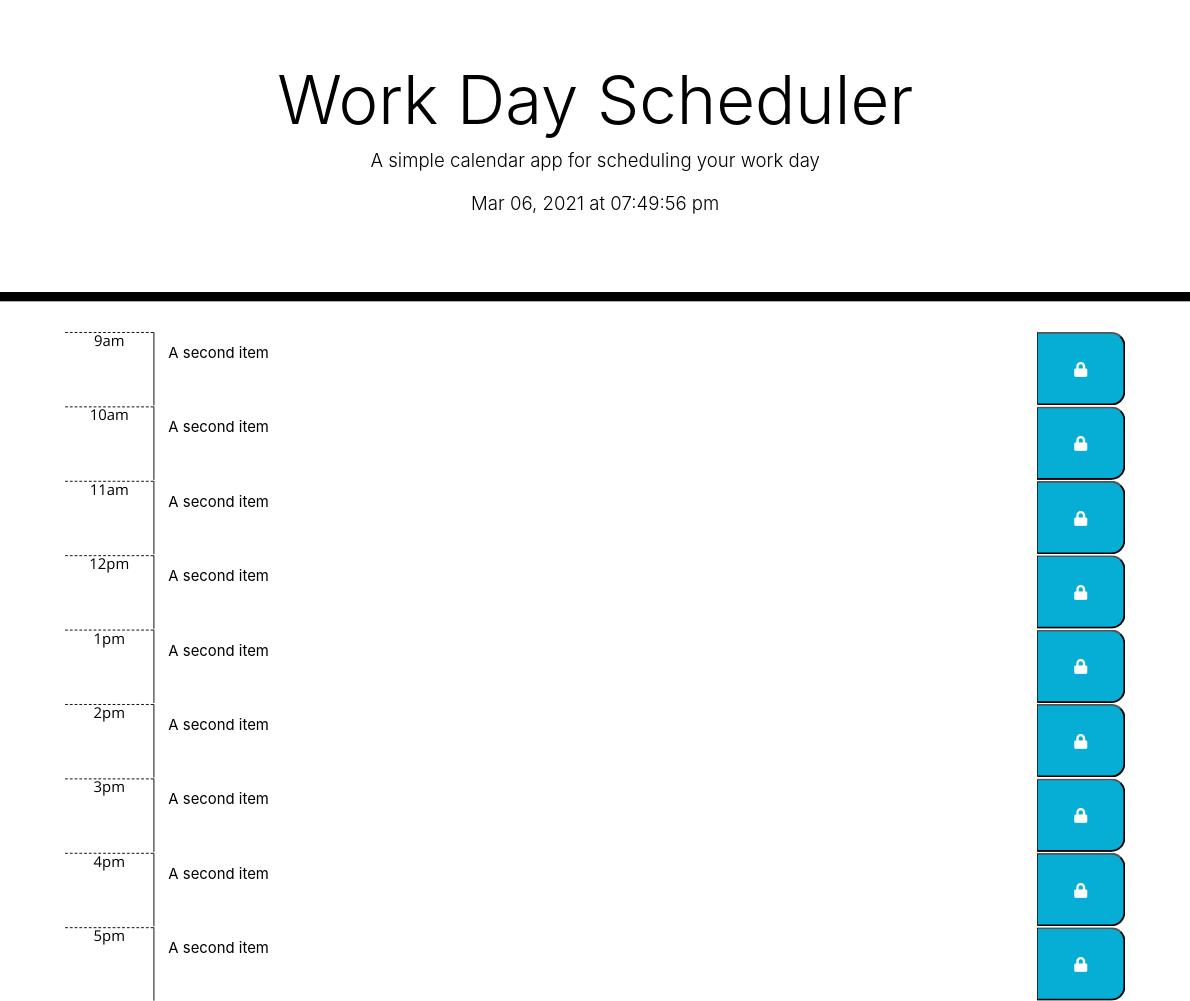
Repository: ziffoit/Work-Day_Scheduler
Page: Develop/index.html
An editor plug-in stored every save of this project. The page is shown before and after the next save, followed by the edit.
The browser window is 1280 px wide. The pictures show the whole page, at 93% of full size.
Some web libraries are served in a nearby version.

Above is the page before, as saved 2021-03-17 20:18:42.

### Develop/index.html
<!DOCTYPE html>
<html lang="en">
  <head>
    <meta charset="UTF-8" />
    <meta name="viewport" content="width=device-width, initial-scale=1.0" />
    <meta http-equiv="X-UA-Compatible" content="ie=edge" />
    <link
      rel="stylesheet"
      href="https://stackpath.bootstrapcdn.com/bootstrap/4.3.1/css/bootstrap.min.css"
    />
    <link
      rel="stylesheet"
      href="https://use.fontawesome.com/releases/v5.8.1/css/all.css"
      integrity="sha384-50oBUHEmvpQ+1lW4y57PTFmhCaXp0ML5d60M1M7uH2+nqUivzIebhndOJK28anvf"
      crossorigin="anonymous"
    />
    <link
      href="https://fonts.googleapis.com/css?family=Open+Sans&display=swap"
      rel="stylesheet"
    />
    <link rel="stylesheet" href="style.css" />
    <title>Work Day Scheduler</title>
  </head>

  <body>
    <header class="jumbotron">
      <h1 class="display-3">Work Day Scheduler</h1>
      <p class="lead">A simple calendar app for scheduling your work day</p>
      <p id="currentDay" class="lead"></p>
    </header>
    <div class="container">
      <div class="row time-block" id="9">
        <hourbody class="col-1 hour">9am</hourbody>
        <textarea class="col-10 description">A second item</textarea>
        <button class="col-1 saveBtn"><i class="fas fa-lock"></i></button>
      </div>
      <div class="row time-block" id="10">
        <hourbody class="col-1 hour">10am</hourbody>
        <textarea class="col-10 description">A second item</textarea>
        <button class="col-1 saveBtn"><i class="fas fa-lock"></i></button>
      </div>
      <div class="row time-block" id="11">
        <hourbody class="col-1 hour">11am</hourbody>
        <textarea class="col-10 description">A second item</textarea>
        <button class="col-1 saveBtn"><i class="fas fa-lock"></i></button>
      </div>
      <div class="row time-block" id="12">
        <hourbody class="col-1 hour">12pm</hourbody>
        <textarea class="col-10 description">A second item</textarea>
        <button class="col-1 saveBtn"><i class="fas fa-lock"></i></button>
      </div>
      <div class="row time-block" id="13">
        <hourbody class="col-1 hour">1pm</hourbody>
        <textarea class="col-10 description">A second item</textarea>
        <button class="col-1 saveBtn"><i class="fas fa-lock"></i></button>
      </div>
      <div class="row time-block" id="14">
        <hourbody class="col-1 hour">2pm</hourbody>
        <textarea class="col-10 description">A second item</textarea>
        <button class="col-1 saveBtn"><i class="fas fa-lock"></i></button>
      </div>
      <div class="row time-block" id="15">
        <hourbody class="col-1 hour">3pm</hourbody>
        <textarea class="col-10 description">A second item</textarea>
        <button class="col-1 saveBtn"><i class="fas fa-lock"></i></button>
      </div>
      <div class="row time-block" id="16">
        <hourbody class="col-1 hour">4pm</hourbody>
        <textarea class="col-10 description">A second item</textarea>
        <button class="col-1 saveBtn"><i class="fas fa-lock"></i></button>
      </div>
      <div class="row time-block" id="17">
        <hourbody class="col-1 hour">5pm</hourbody>
        <textarea class="col-10 description">A second item</textarea>
        <button class="col-1 saveBtn"><i class="fas fa-lock"></i></button>
      </div>

      <!-- Timeblocks go here -->
    </div>

    <script src="https://cdnjs.cloudflare.com/ajax/libs/jquery/3.2.1/jquery.min.js"></script>
    <script src="https://cdnjs.cloudflare.com/ajax/libs/moment.js/2.24.0/moment.min.js"></script>
    <script src="script.js"></script>
  </body>
</html>

### Develop/style.css
hourbody {
  font-family: "Open Sans", sans-serif;
  font-size: 16px;
  line-height: 1;
}

textarea {
  background: transparent;
  border: none;
  resize: none;
  color: #000000;
  border-left: 1px solid black;
  padding: 10px;
}

.jumbotron {
  text-align: center;
  background-color: transparent;
  color: black;
  border-radius: 0;
  border-bottom: 10px solid black;
}

.description {
  white-space: pre-wrap;
}

.time-block {
  text-align: center;
  border-radius: 15px;
}

.row {
  white-space: pre-wrap;
  height: 80px;
  border-top: 1px solid white;
}

.hour {
  background-color: #ffffff;
  color: #000000;
  border-top: 1px dashed #000000;
}

.past {
  background-color: #d3d3d3;
  color: white;
}

.present {
  background-color: #ff6961;
  color: white;
}

.future {
  background-color: #77dd77;
  color: white;
}

.saveBtn {
  border-left: 1px solid black;
  border-top-right-radius: 15px;
  border-bottom-right-radius: 15px;
  background-color: #06aed5;
  color: white;
}

.saveBtn i:hover {
  font-size: 20px;
  transition: all 0.3s ease-in-out;
}

### Develop/script.js
var schedule = $('.description')
var currentDay = $('#currentDay')
var saveBtn = $('.saveBtn')


function dateAndTime() {
    var rightNow = moment().format('MMM DD, YYYY [at] hh:mm:ss a');
    currentDay.text(rightNow);
}

setInterval(dateAndTime, 1000)

saveBtn.on('click', function() {
    var hour = $(this).parent().attr('id')
    var task = $(this).sibling('.description').val()
    localStorage.setItem(hour, task)
})

After the next save:
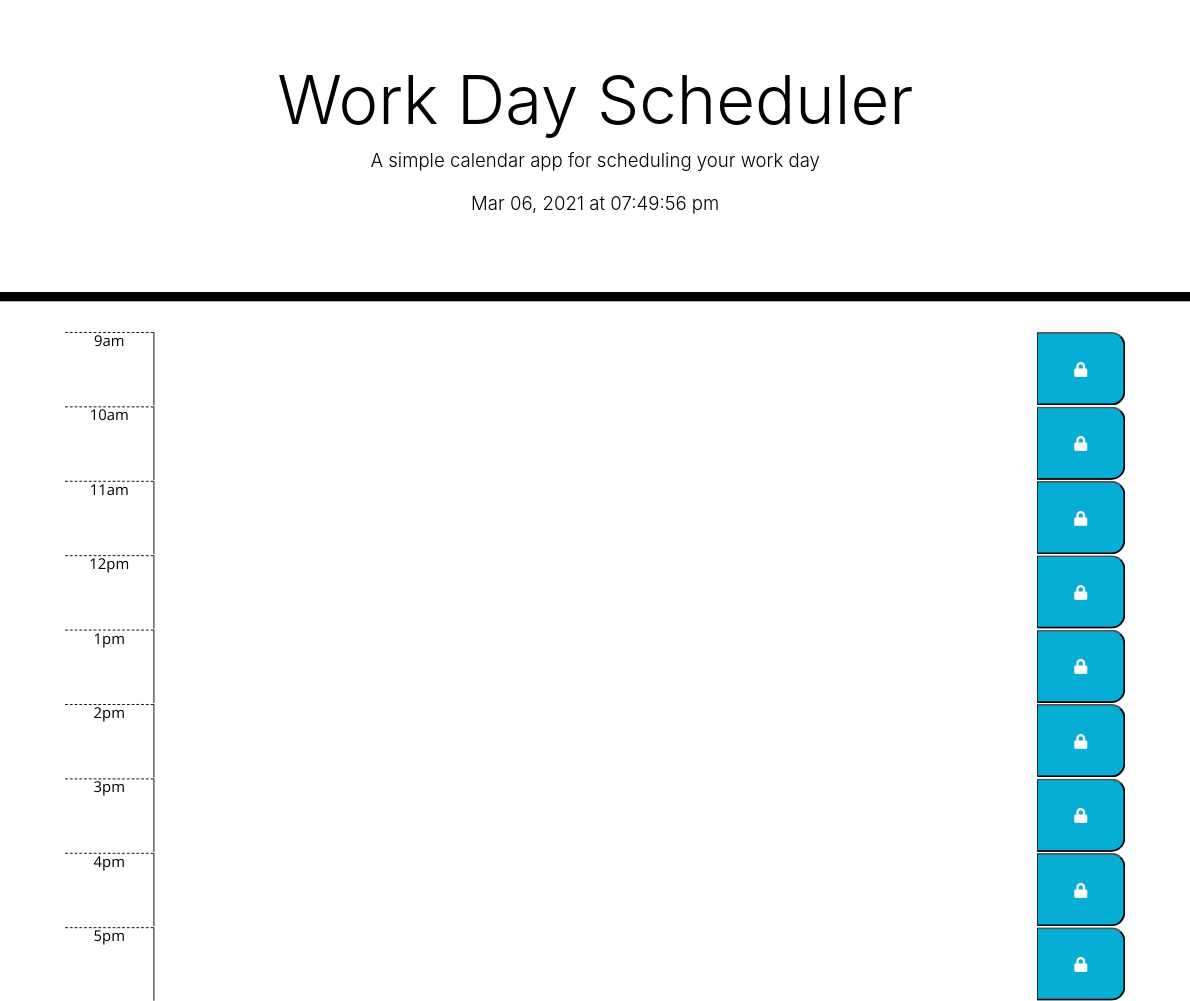
Saved 3 s later.
--- a/Develop/index.html
+++ b/Develop/index.html
@@ -31,47 +31,47 @@
     <div class="container">
       <div class="row time-block" id="9">
         <hourbody class="col-1 hour">9am</hourbody>
-        <textarea class="col-10 description">A second item</textarea>
+        <textarea class="col-10 description"></textarea>
         <button class="col-1 saveBtn"><i class="fas fa-lock"></i></button>
       </div>
       <div class="row time-block" id="10">
         <hourbody class="col-1 hour">10am</hourbody>
-        <textarea class="col-10 description">A second item</textarea>
+        <textarea class="col-10 description"></textarea>
         <button class="col-1 saveBtn"><i class="fas fa-lock"></i></button>
       </div>
       <div class="row time-block" id="11">
         <hourbody class="col-1 hour">11am</hourbody>
-        <textarea class="col-10 description">A second item</textarea>
+        <textarea class="col-10 description"></textarea>
         <button class="col-1 saveBtn"><i class="fas fa-lock"></i></button>
       </div>
       <div class="row time-block" id="12">
         <hourbody class="col-1 hour">12pm</hourbody>
-        <textarea class="col-10 description">A second item</textarea>
+        <textarea class="col-10 description"></textarea>
         <button class="col-1 saveBtn"><i class="fas fa-lock"></i></button>
       </div>
       <div class="row time-block" id="13">
         <hourbody class="col-1 hour">1pm</hourbody>
-        <textarea class="col-10 description">A second item</textarea>
+        <textarea class="col-10 description"></textarea>
         <button class="col-1 saveBtn"><i class="fas fa-lock"></i></button>
       </div>
       <div class="row time-block" id="14">
         <hourbody class="col-1 hour">2pm</hourbody>
-        <textarea class="col-10 description">A second item</textarea>
+        <textarea class="col-10 description"></textarea>
         <button class="col-1 saveBtn"><i class="fas fa-lock"></i></button>
       </div>
       <div class="row time-block" id="15">
         <hourbody class="col-1 hour">3pm</hourbody>
-        <textarea class="col-10 description">A second item</textarea>
+        <textarea class="col-10 description"></textarea>
         <button class="col-1 saveBtn"><i class="fas fa-lock"></i></button>
       </div>
       <div class="row time-block" id="16">
         <hourbody class="col-1 hour">4pm</hourbody>
-        <textarea class="col-10 description">A second item</textarea>
+        <textarea class="col-10 description"></textarea>
         <button class="col-1 saveBtn"><i class="fas fa-lock"></i></button>
       </div>
       <div class="row time-block" id="17">
         <hourbody class="col-1 hour">5pm</hourbody>
-        <textarea class="col-10 description">A second item</textarea>
+        <textarea class="col-10 description"></textarea>
         <button class="col-1 saveBtn"><i class="fas fa-lock"></i></button>
       </div>
 
